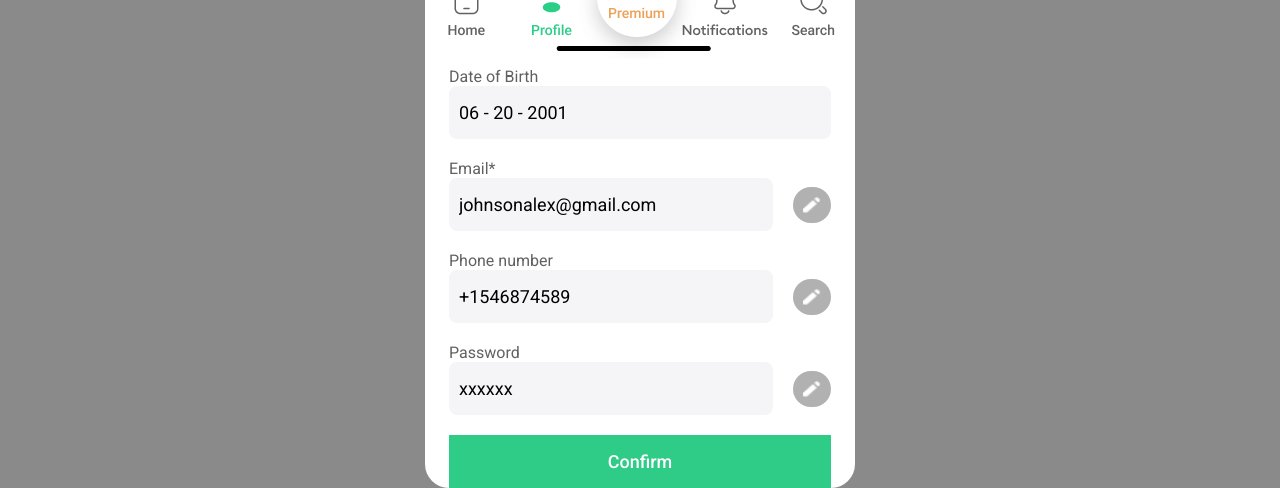
Repository: AytacSafarova/Task-figma-ui
Page: index.html
The author's editor kept a copy of each file at every save. The page is drawn from the files as they stood at one save, then again after the next save.
The browser window is 1280 px wide. The pictures show the part of the page from y = 300 to 788 px (the page is 788 px tall).

Above is the page before, as saved 2023-02-25 17:56:07.

After the next save:
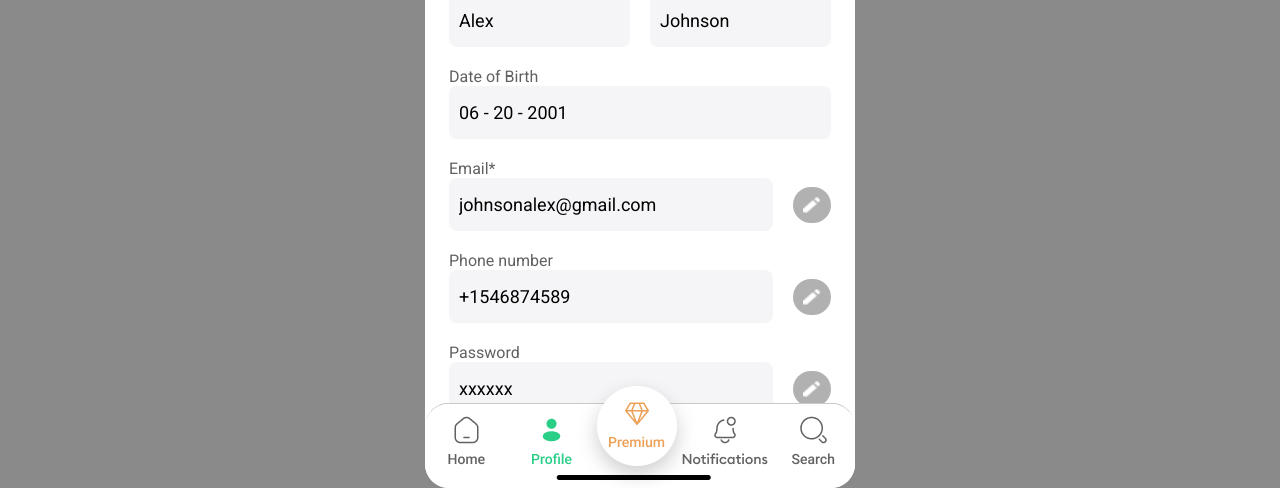
Saved 57 s later.
--- a/index.css
+++ b/index.css
@@ -115,5 +115,4 @@ button {
 footer{
     position: absolute;
     left: 0;
-    top: 0;
-}
+bottom: 0;}
